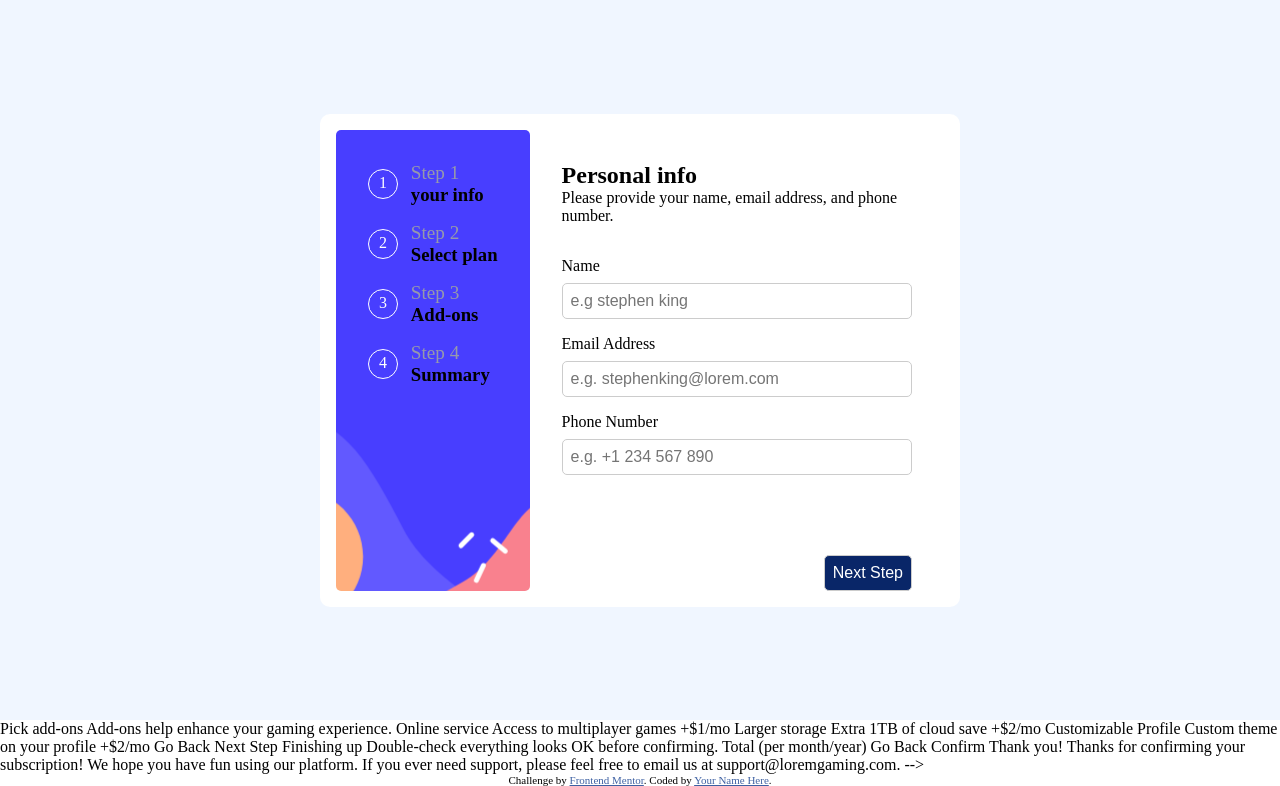
Repository: reemoon-ctrl/reemoon-ctrl.github.io
Page: index.html
These files come from the project's save history. The page is drawn as it stood at one moment and after the next save; the edit follows.
The browser window is 1280 px wide. The pictures show the whole page.

Above is the page before, as saved 2025-04-29 10:07:17.

After the next save:
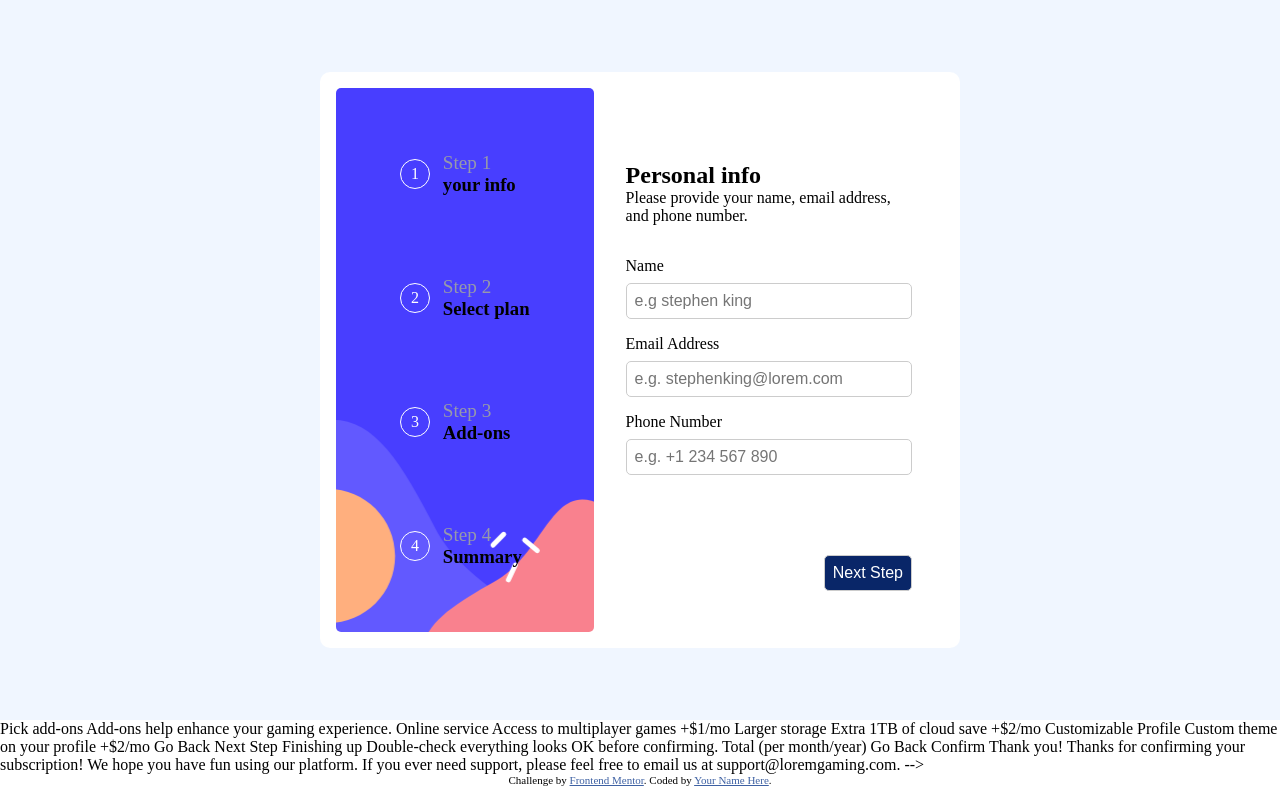
Saved 9 s later.
--- a/style.css
+++ b/style.css
@@ -52,7 +52,7 @@
     align-items: center;
     width:max-content;
 
-    /* padding: 2rem; */
+    padding: 2rem;
 }
 .sidebar_ele>div:first-child{
     width: 30px;

After the save that followed:
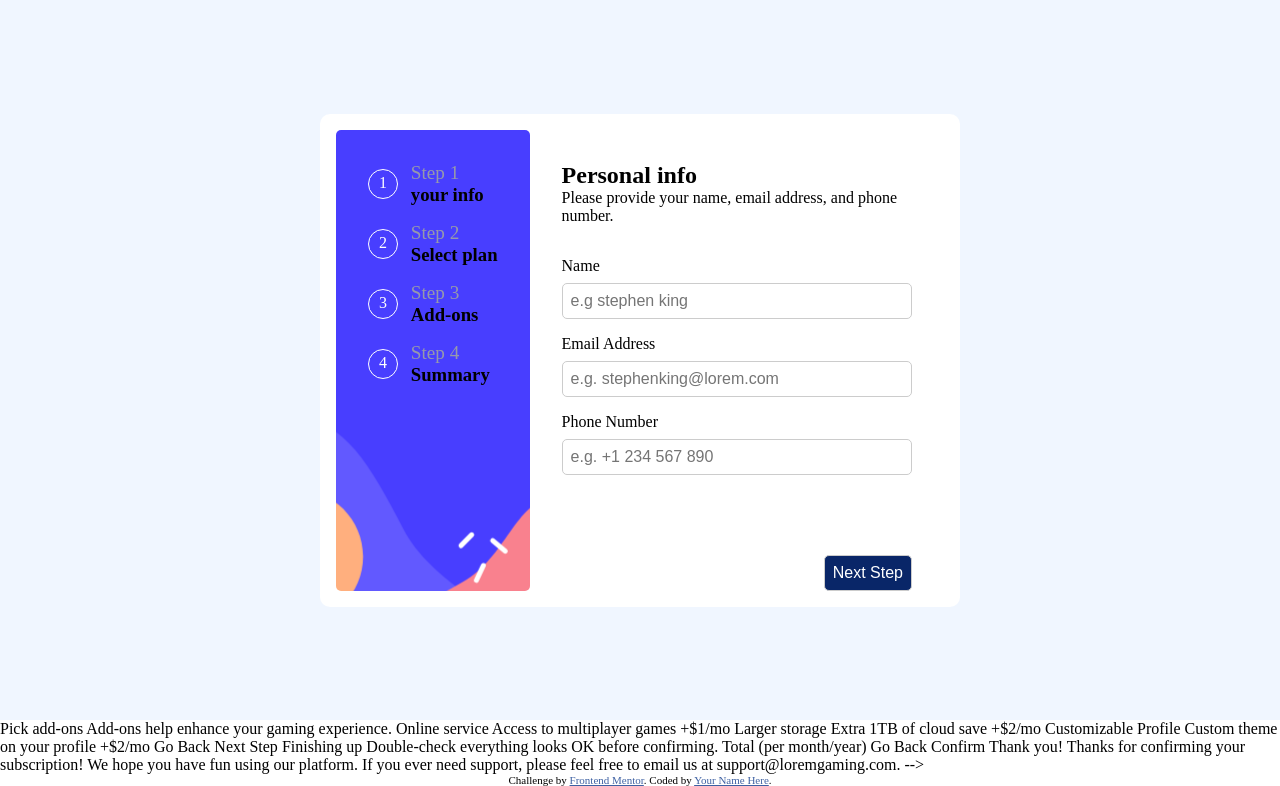
Saved 5 s later.
--- a/style.css
+++ b/style.css
@@ -52,7 +52,7 @@
     align-items: center;
     width:max-content;
 
-    padding: 2rem;
+    /* padding: 2rem; */
 }
 .sidebar_ele>div:first-child{
     width: 30px;
